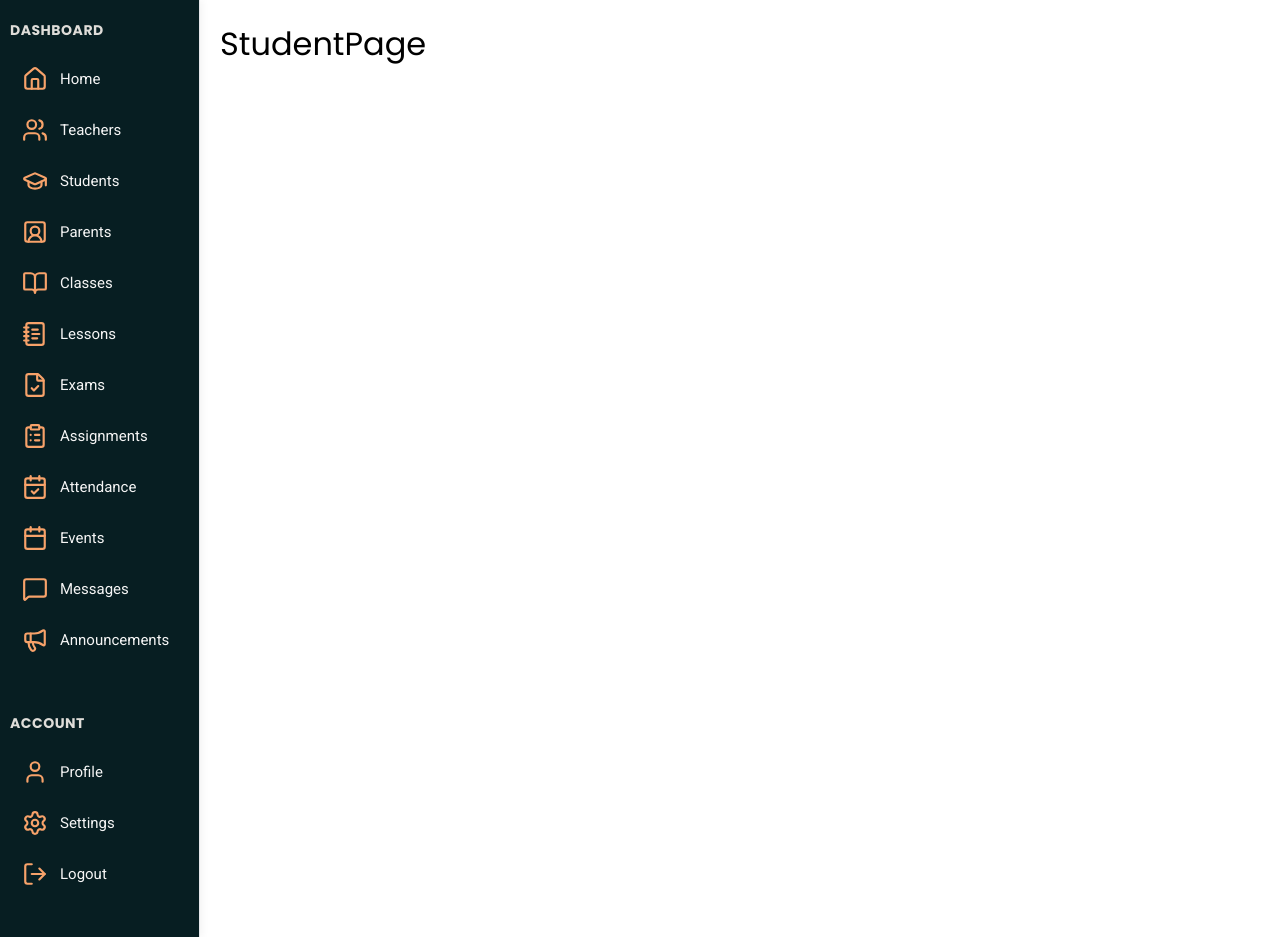
Repository: GlorifiedIntel/student-portal
Page: /student
These files come from the project's save history. The page is drawn as it stood at one moment and after the next save; the edit follows.
The browser window is 1280 px wide. The pictures show the whole page.
The project was rebuilt for these pictures with package versions that can differ from the ones it lists, and the page was loaded fresh each time. The framework's server and built-in components were replaced by stand-ins that run in the browser. Also part of the build but not shown: next.config.mjs.

Above is the page before, as saved 2025-08-21 17:26:59.

After the next save:
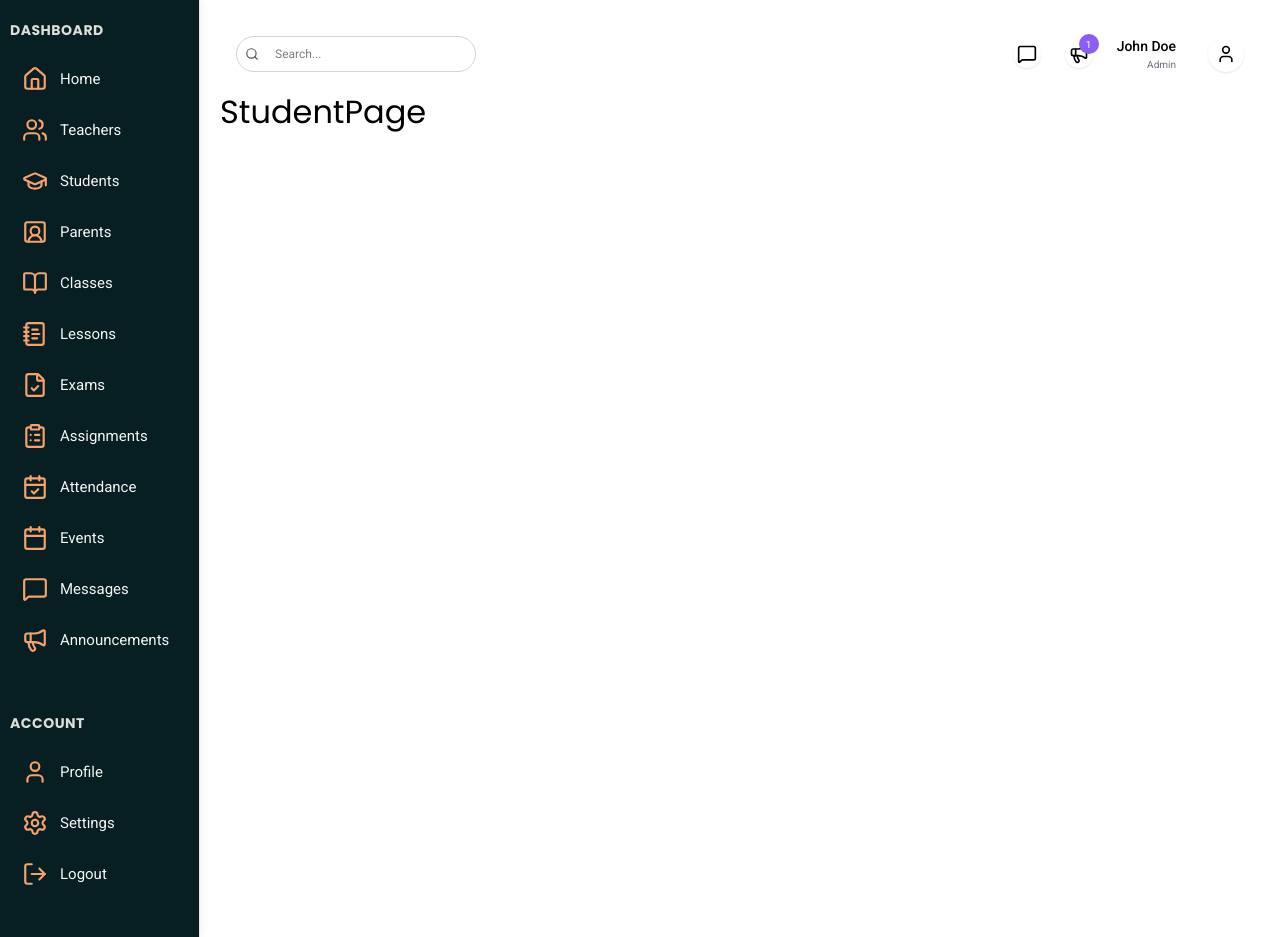
Saved 24 s later.
--- a/src/app/(dashboard)/layout.jsx
+++ b/src/app/(dashboard)/layout.jsx
@@ -1,11 +1,13 @@
 import Menu from "@/components/Menu";
 import styles from "./Layout.module.css";
+import Navbar from "@/components/Navbar";
 
 export default function DashboardLayout({ children }) {
   return (
     <div className={styles.dashboardlayout}>
       <Menu />
       <main className={styles.dashboardcontent}>
+        <Navbar />
         {children}
         </main>
     </div>
